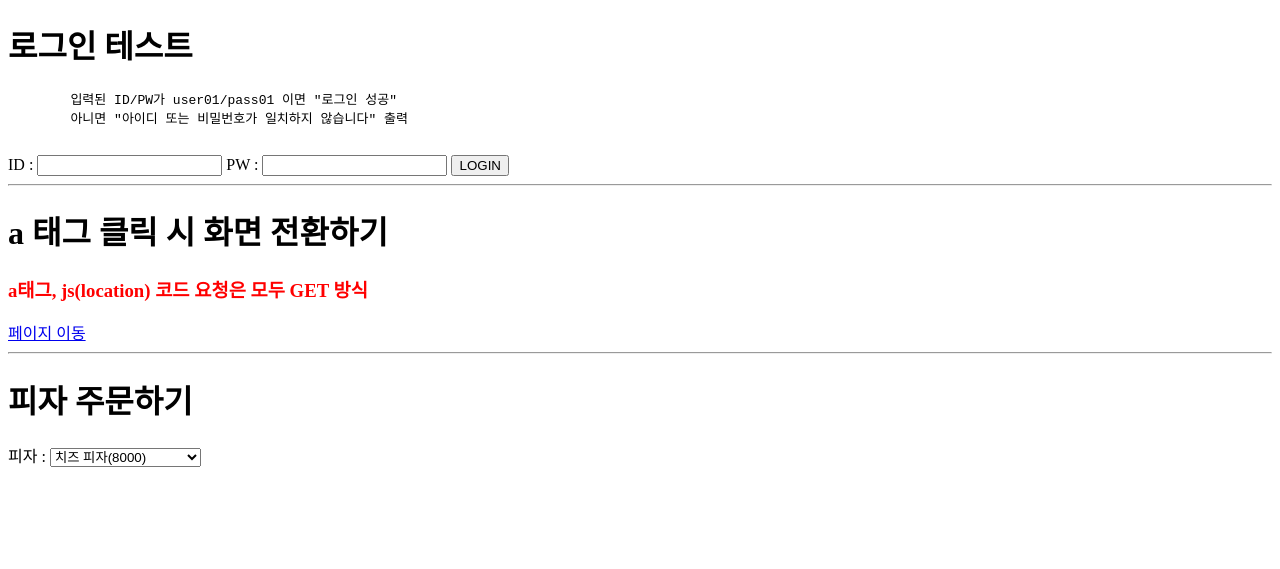
Repository: seungjoo1217/05_Server
Page: JSPProject1/src/main/webapp/index.html
An editor plug-in stored every save of this project. The page is shown before and after the next save, followed by the edit.
The browser window is 1280 px wide. The pictures show the whole page.

Above is the page before, as saved 2024-03-22 01:39:00.

### JSPProject1/src/main/webapp/index.html
<!DOCTYPE html>
<html lang="en">
<head>
    <meta charset="UTF-8">
    <meta name="viewport" content="width=device-width, initial-scale=1.0">
    <title>JSP Project1</title>
</head>
<body>
    <h1>로그인 테스트</h1>

    <pre>
        입력된 ID/PW가 user01/pass01 이면 "로그인 성공"
        아니면 "아이디 또는 비밀번호가 일치하지 않습니다" 출력
    </pre>

    <form action="/login" method="post">
        ID : <input type="text" name="id">
        PW : <input type="password" name="pw">
        <button>LOGIN</button>
    </form>

    <hr>

    <h1>a 태그 클릭 시 화면 전환하기</h1>

    <h3 style="color : red;">a태그, js(location) 코드 요청은 모두 GET 방식</h3>

    <a href="/test/result">페이지 이동</a>


	<hr>

	<h1>피자 주문하기</h1>

	<form action="/pizzaOrder" method="post">

		피자 :
		<select name="pizza">
			<option value ="1">치즈 피자(8000)</option>
			<option value ="2">콤비네이션 피자(9000)</option>
			<option value ="3">핫치킨 피자(10000)</option>
		</select>
	</form>






</body>
</html>

After the next save:
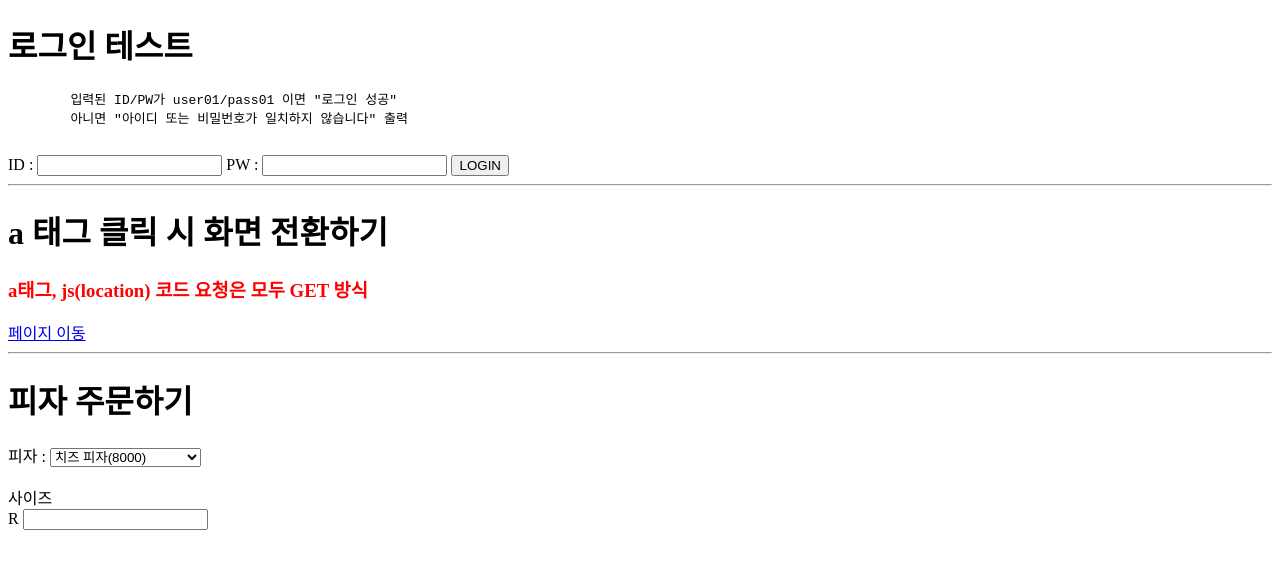
Saved 45 s later.
--- a/JSPProject1/src/main/webapp/index.html
+++ b/JSPProject1/src/main/webapp/index.html
@@ -40,6 +40,13 @@
 			<option value ="2">콤비네이션 피자(9000)</option>
 			<option value ="3">핫치킨 피자(10000)</option>
 		</select>
+
+		<br><br>
+
+		사이즈 <br>
+		<label>
+			R <input>
+		</label>
 	</form>
 
 
